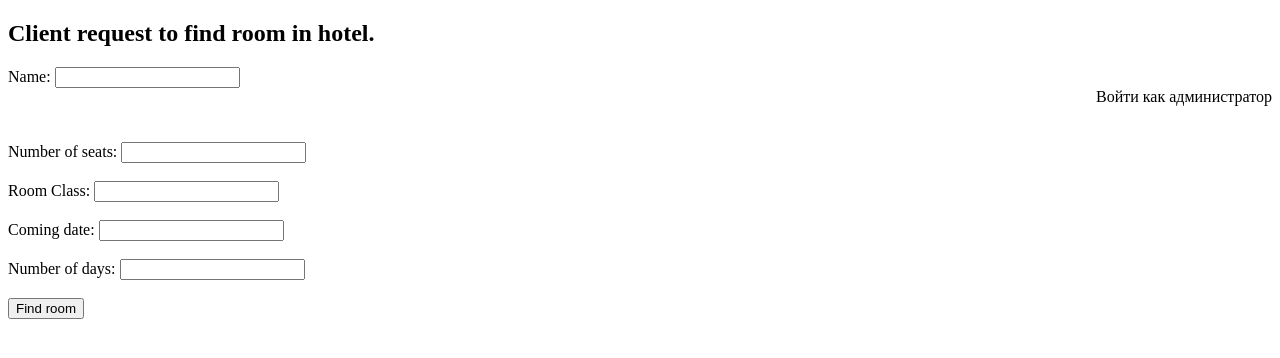
Repository: milosh-alexandr-by/ItAcademyJavaDeveloper
Page: http://localhost/HotelRequestSystem/ClientServlet.jsp
These files come from the project's save history. The page is drawn as it stood at one moment and after the next save; the edit follows.
The browser window is 1280 px wide. The pictures show the whole page.
The page is served by Tomcat 9. Other server files are loaded and not shown.

Above is the page before, as saved 2015-12-12 21:56:40.

### Project_WEB/HotelRequestSystem/WebContent/ClientServlet.jsp
<%@ page language="java" contentType="text/html; charset=UTF-8"
    pageEncoding="UTF-8"%>
<!DOCTYPE html PUBLIC "-//W3C//DTD HTML 4.01 Transitional//EN" "http://www.w3.org/TR/html4/loose.dtd">
<html>
<head>
<meta http-equiv="Content-Type" content="text/html; charset=UTF-8">
<title>Insert title here</title>
</head>
<body>

	<h2>Client request to find room in hotel.</h2>

	<form action="HotelRequestSystem" method="GET">
		Name: <input type="text" name="Name" /> <div align="right">Войти как администратор</div> <br/><br/>
		Number of seats: <input type="text" name="NumberOfSeats" /> <br/><br/>
		Room Class: <input type="text" name="RoomClass" /> <br/><br/>
		Coming date: <input type="text" name="ComingDate" /> <br/><br/>
		Number of days: <input type="text" name="NumberOfDays" /> <br/><br/>
		<input type="submit" name="findRoom" value="Find room">
	</form>


</body>
</html>

After the next save:
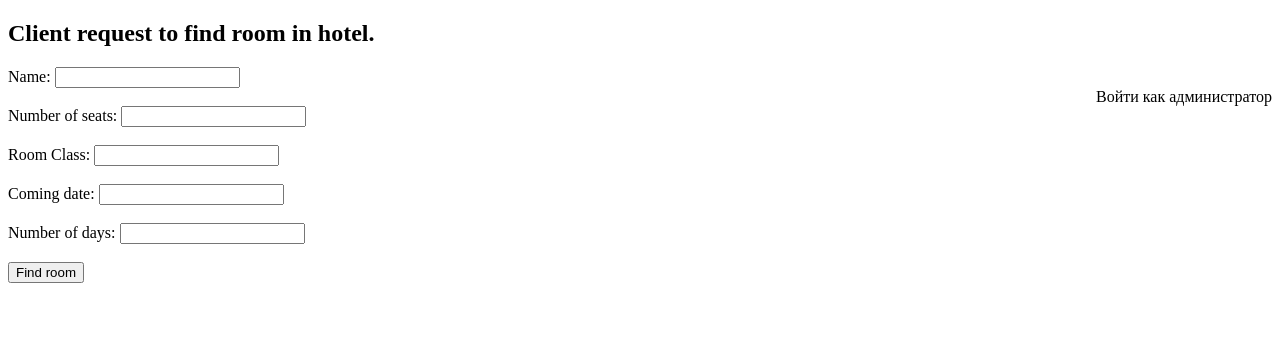
Saved 95 s later.
--- a/Project_WEB/HotelRequestSystem/WebContent/ClientServlet.jsp
+++ b/Project_WEB/HotelRequestSystem/WebContent/ClientServlet.jsp
@@ -11,7 +11,7 @@
 	<h2>Client request to find room in hotel.</h2>
 
 	<form action="HotelRequestSystem" method="GET">
-		Name: <input type="text" name="Name" /> <div align="right">Войти как администратор</div> <br/><br/>
+		Name: <input type="text" name="Name" /> <div align="right">Войти как администратор</div>
 		Number of seats: <input type="text" name="NumberOfSeats" /> <br/><br/>
 		Room Class: <input type="text" name="RoomClass" /> <br/><br/>
 		Coming date: <input type="text" name="ComingDate" /> <br/><br/>
